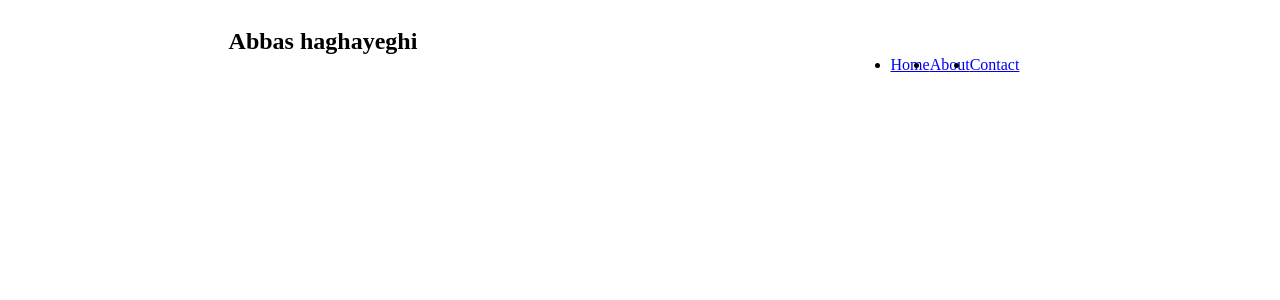
Repository: SMohammadH/react-typescript-tailwind
Page: /
An editor plug-in stored every save of this project. The page is shown before and after the next save, followed by the edit.
The browser window is 1280 px wide. The pictures show the whole page.
The project was rebuilt for these pictures with package versions that can differ from the ones it lists, and the page was loaded fresh each time. Also part of the build but not shown: craco.config.js, src/index.css.

Above is the page before, as saved 2021-02-05 09:18:42.

### src/App.tsx
// import './App.css';
// import 'tailwindcss/tailwind.css';
// import { ThemeProvider } from './dark-mode/themeContext';
// import { Navbar } from './components/Navbar';
// import { FirstSection } from './components/FirstSection';
// import { SecondSection } from './components/SecondSection';
import './App.css';

const App: React.FC = () => {
  return (
    <div>
      {/* <ThemeProvider>
        <Navbar />
        <FirstSection />
        <SecondSection />
      </ThemeProvider> */}
      <nav className="abbas">
        <div>
          <h1>Abbas haghayeghi</h1>
        </div>
        <div>
          <ul className="abbas2">
            <li>
              <a href="#">Home</a>
            </li>
            <li>
              <a href="#">About</a>
            </li>
            <li>
              <a href="#">Contact</a>
            </li>
          </ul>
        </div>
      </nav>
    </div>
  );
};

export default App;

### src/App.css
/* .font-gold {
  color: #c5b358;
} */

.abbas {
  display: flex;
  justify-content: space-around;
}

.abbas2 {
  display: flex;
  padding: 2rem;
}

### tailwind.config.js
module.exports = {
  purge: [],
  darkMode: 'class', // or 'media' or 'class'
  theme: {
    extend: {
      backgroundColor: {
        primary: 'var(--color-bg-primary)',
        secondary: 'var(--color-bg-secondary)',
      },
      textColor: {
        accent: 'var(--color-text-accent)',
        primary: 'var(--color-text-primary)',
        secondary: 'var(--color-text-secondary)',
      },
    },
  },
  variants: {
    extend: {},
  },
  plugins: [],
};

Loaded but not shown: public/index.html (common file); src/index.tsx (common file)

After the next save:
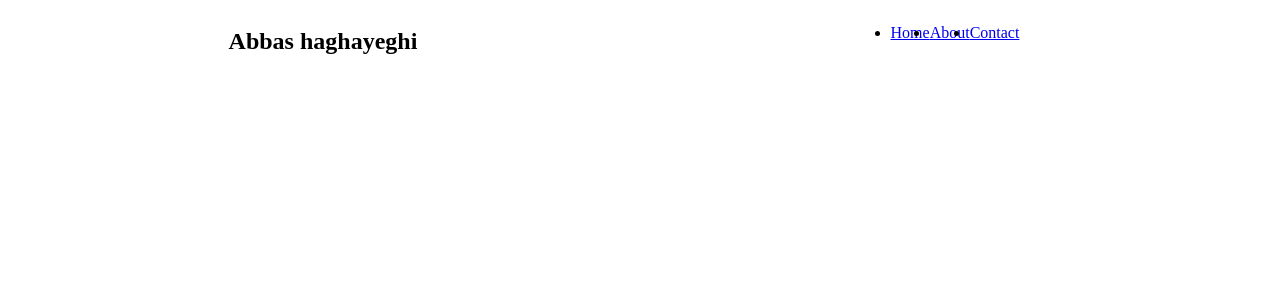
Saved 9 s later.
--- a/src/App.css
+++ b/src/App.css
@@ -9,5 +9,5 @@
 
 .abbas2 {
   display: flex;
-  padding: 2rem;
+  padding: 0 2rem;
 }
